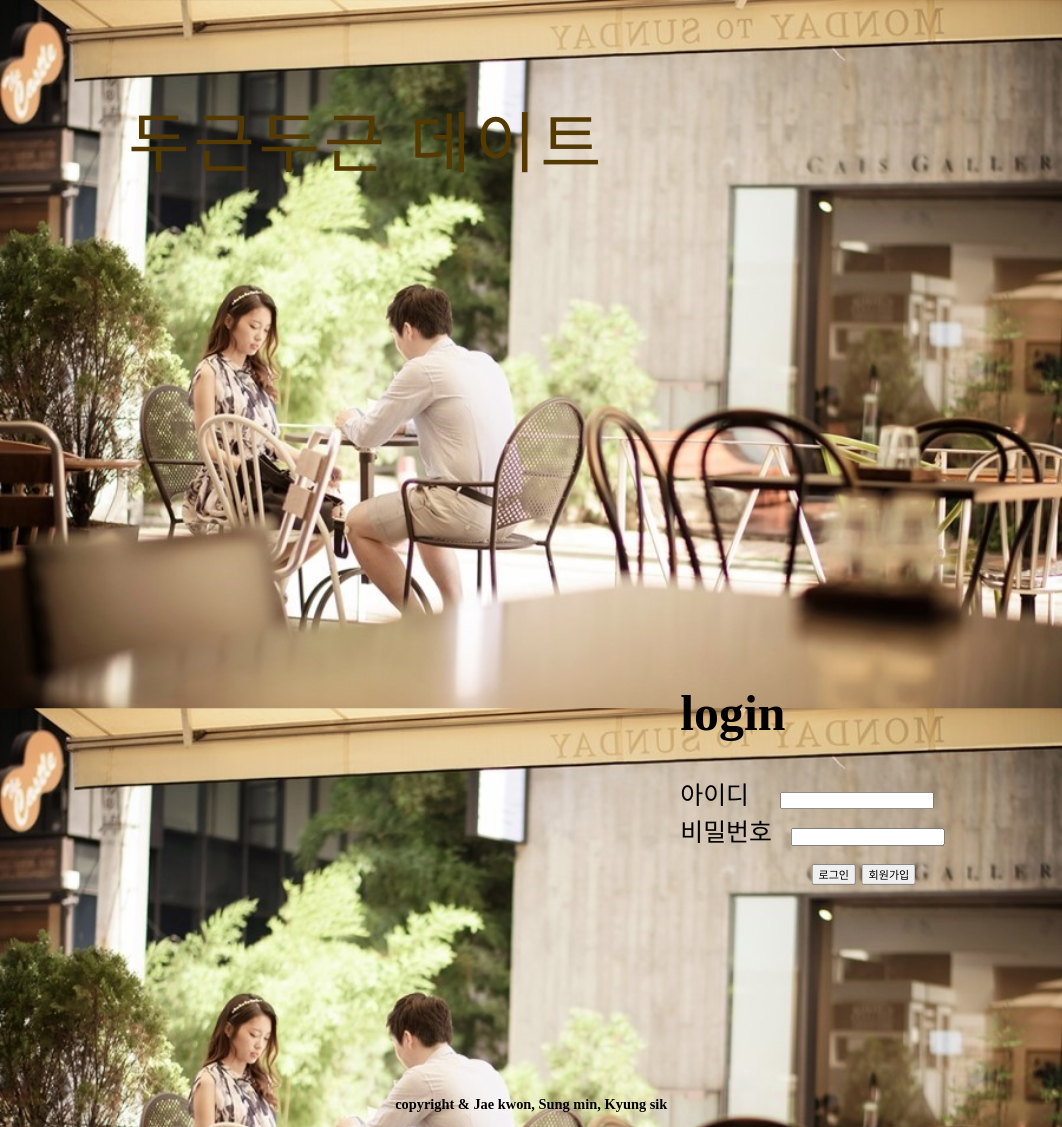
Repository: pinokio531/date_application
Page: http://localhost/doogeunDate/indexPage.jsp
An editor plug-in stored every save of this project. The page is shown before and after the next save, followed by the edit.
The browser window is 1280 px wide. The pictures show the whole page, at 83% of full size.
Some web fonts or font styles are not loaded; a fallback is used. The page is served by Tomcat 9.

Above is the page before, as saved 2019-06-04 09:59:13.

### doogeunDate/WebContent/indexPage.jsp
<%@ page language="java" contentType="text/html; charset=UTF-8"
    pageEncoding="UTF-8"%>
<%@ page errorPage = "error/errorpage.jsp" %>
<html lang="en">

<head>
	<link href="https://fonts.googleapis.com/css?family=Nanum+Brush+Script&display=swap" rel="stylesheet">
	<meta charset="EUC-KR">
	<meta http-equiv="X-UA-Compatible" content="ie=edge">
	<title>Document</title>
	<link rel="stylesheet" type="text/css" href="style/index.css" />
</head>

<body>
	<div id="header">
		<p>두근두근 데이트</p>
	</div>
	<form action="f_login.jsp" method="post">
		<div class="container">
			<div class="blank">&nbsp;</div>
			<div class="login">
				<h1>login</h1>
				아이디 &nbsp;&nbsp;&nbsp; <input name="id"><br>
				비밀번호 &nbsp;&nbsp;<input name="passwd"><br>

				<div class="button">
					<input type="submit" value="로그인">
					<input type="button" value="회원가입" onclick="location.href='joinPage.jsp'"><br>
				</div>
			</div>
		</div>
	</form>
	<div class="footer">
		<p>copyright & Jae kwon, Sung min, Kyung sik</p>
	</div>
</body>

</html>

### doogeunDate/WebContent/style/index.css
body{
    background-image:url(../asset/background.jpg);
    background-size: 100%;
}

#header{
    margin-left: 10%;
    padding: 20px;
    font-family: 'Nanum Brush Script', cursive;
    font-size: 60pt;
    letter-spacing: 5px;
    color: #543900;
}

.container{
    height: 80%;
    margin: 0 auto;
}

.blank{
    float: left;
    width: 65%;
    height: 80%;
}

.footer{
    padding-top: 400px;
    text-align: center;
    font-size: 13pt;
}

.login{
    float: right;
    margin:10px;
    width: 35%;
    height: 80%;
    font-family: 'Nanum Brush Script', cursive;
    font-size: 30px;
}

.button{
    margin: 10px;
    text-align:center;
}

.footer p {
    font-weight: bold;
}

After the next save:
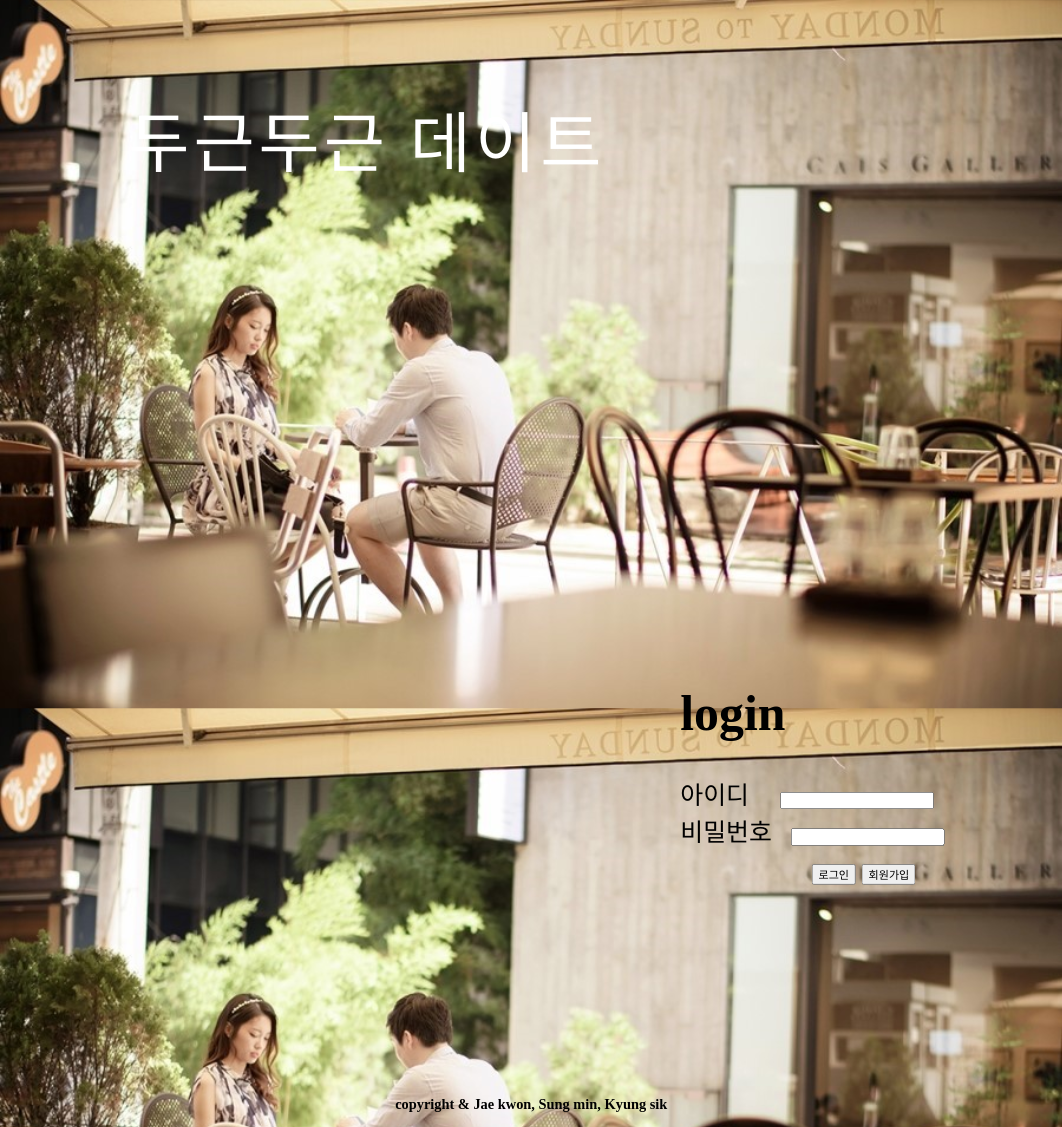
Saved 7 s later.
--- a/doogeunDate/WebContent/style/index.css
+++ b/doogeunDate/WebContent/style/index.css
@@ -9,7 +9,7 @@ body{
     font-family: 'Nanum Brush Script', cursive;
     font-size: 60pt;
     letter-spacing: 5px;
-    color: #543900;
+    color: white;
 }
 
 .container{
